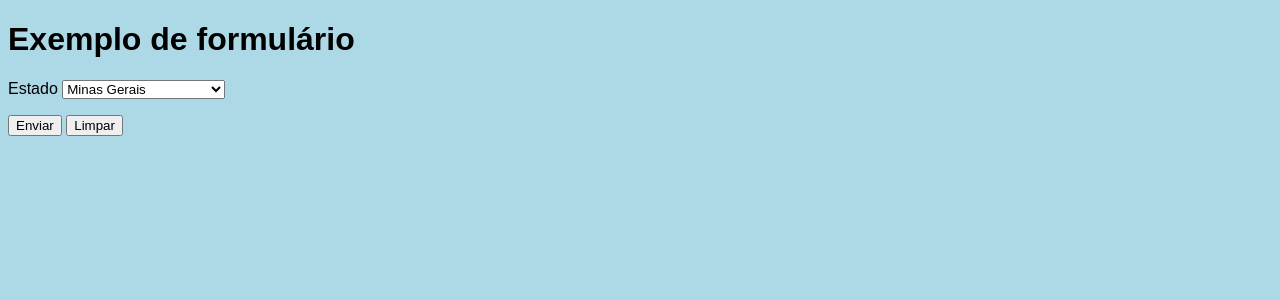
Repository: Codigo404q/html-css
Page: exercicios/ex025/form007.html
These files come from the project's save history. The page is drawn as it stood at one moment and after a run of saves; the edit follows.
The browser window is 1280 px wide. The pictures show the whole page.

Above is the page before, as saved 2024-01-30 22:35:53.

After the next 3 saves:
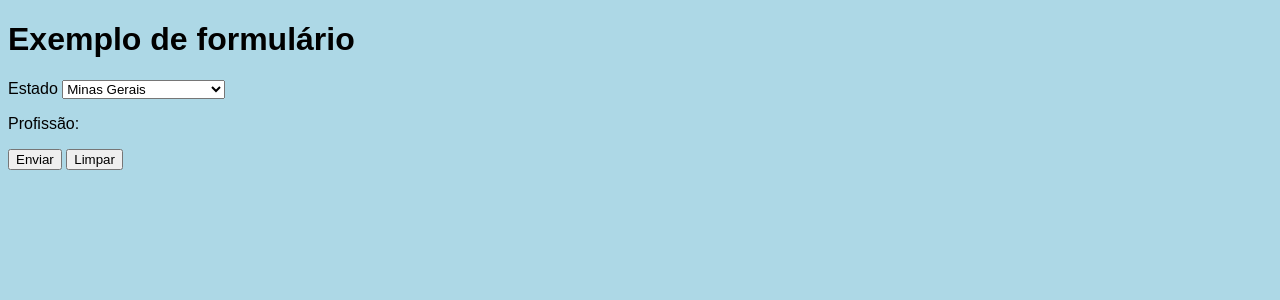
The 3 saves are shown as one change because they came seconds apart.
The last was saved 7 s later.
--- a/exercicios/ex025/form007.html
+++ b/exercicios/ex025/form007.html
@@ -33,7 +33,7 @@
             </select>
         </p>
         <p>
-            <label for="iprof"></label>
+            <label for="iprof">Profissão: </label>
         </p>
         <p>
             <input type="submit" value="Enviar">
